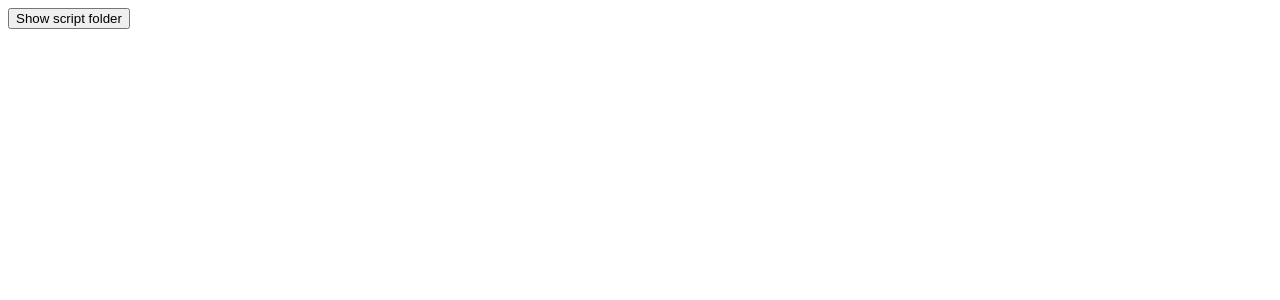
Repository: officialErnests/cssLoader
Page: popup.html
These files come from the project's save history. The page is drawn as it stood at one moment and after the next save; the edit follows.
The browser window is 1280 px wide. The pictures show the whole page.

Above is the page before, as saved 2026-06-19 13:16:09.

### popup.html
<!DOCTYPE html>
<html>
<body>
  <button id="show">Show script folder</button>
  <script src="popup.js"></script>
</body>
</html>

### popup.js
document.getElementById("show").addEventListener("click", async () => {

});

After the next save:
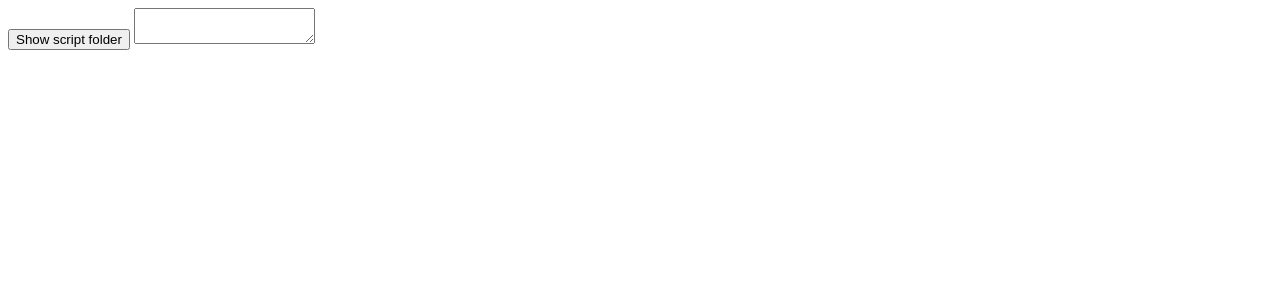
Saved 45 s later.
--- a/popup.html
+++ b/popup.html
@@ -3,5 +3,6 @@
 <body>
   <button id="show">Show script folder</button>
   <script src="popup.js"></script>
+  <textarea name="css" id="css"></textarea>
 </body>
 </html>
